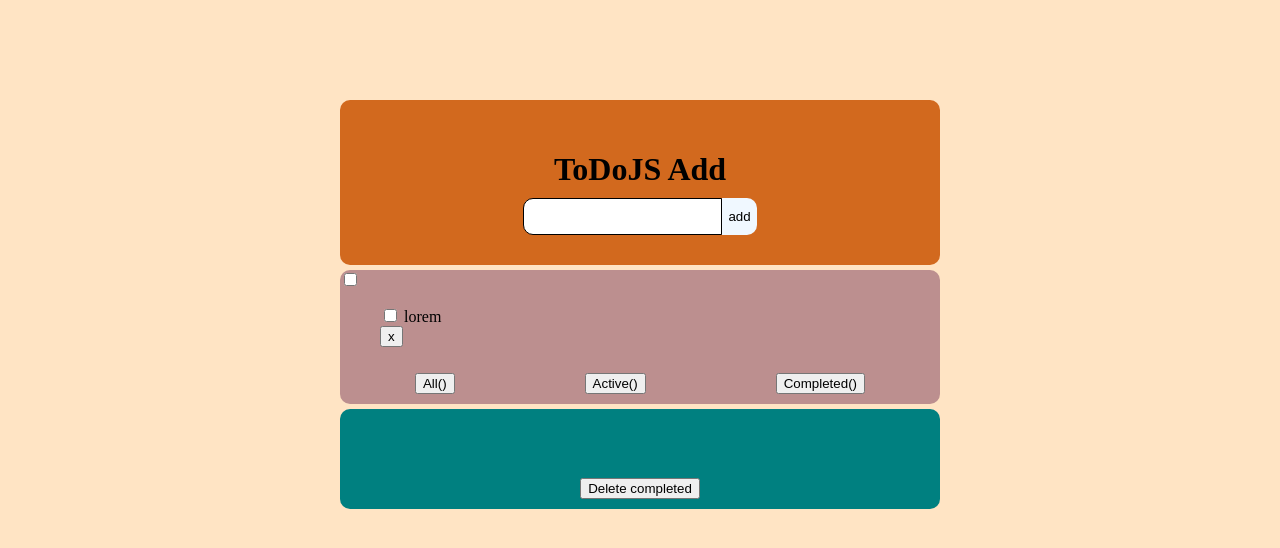
Repository: Savich01/todoTest
Page: index.html
These files come from the project's save history. The page is drawn as it stood at one moment and after the next save; the edit follows.
The browser window is 1280 px wide. The pictures show the whole page.

Above is the page before, as saved 2024-05-08 10:37:12.

After the next save:
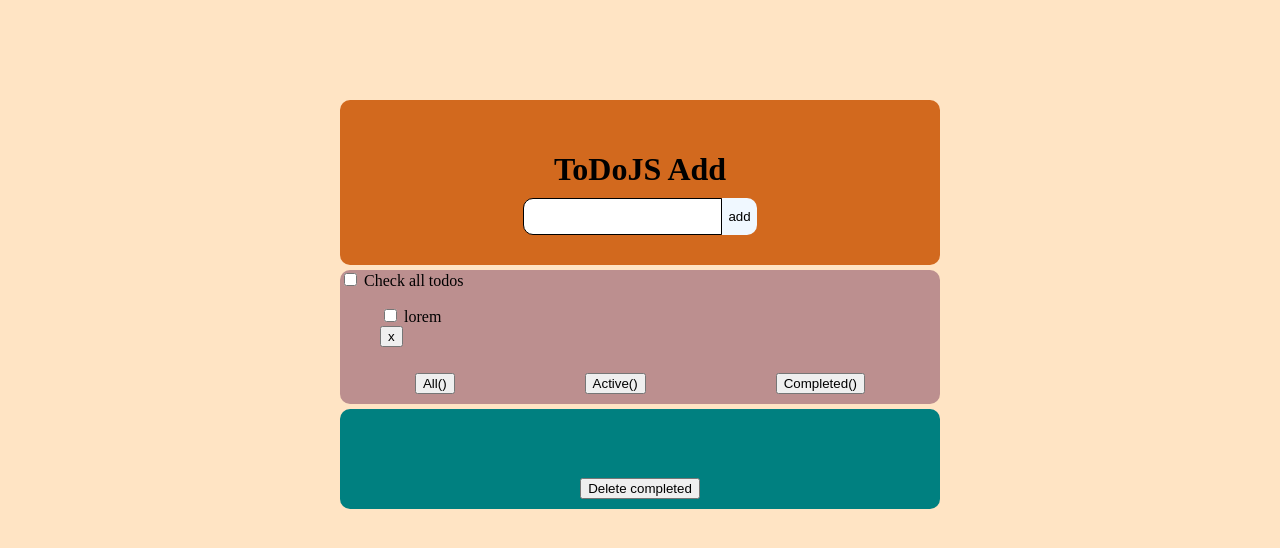
Saved 85 s later.
--- a/index.html
+++ b/index.html
@@ -23,6 +23,7 @@
 
             <div class="main-container">
                 <input class="checkbox-Active" type="checkbox">
+                <span>Check all todos</span>
                 <ul class="main-container--list">
                     <li class="main-container--list-link">
                         <input class="main-checked" type="checkbox" data-action = "done">
